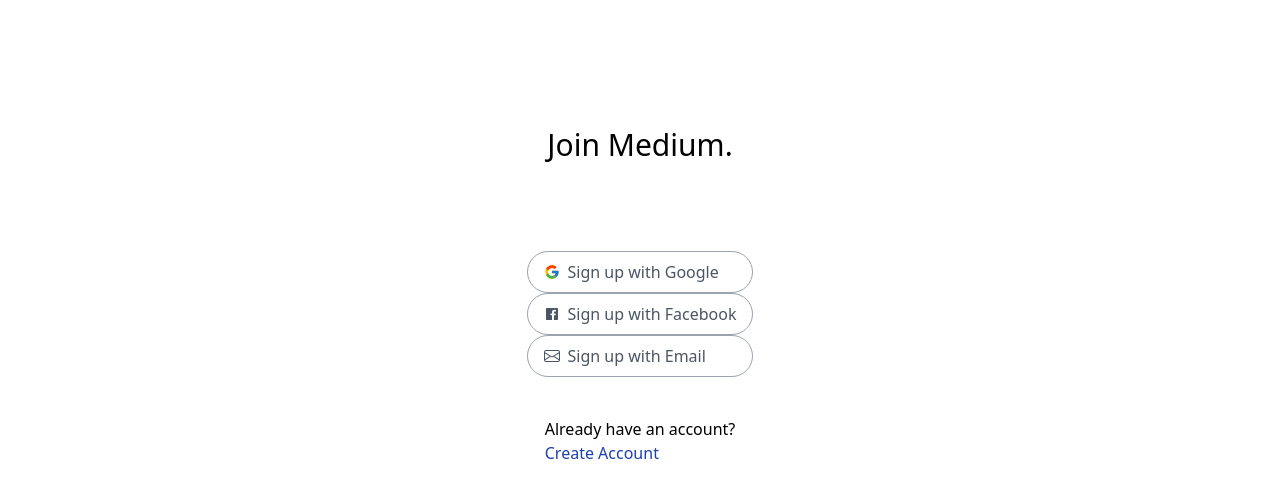
Repository: hisreal123/yt-build
Page: /m/CreateAccount
The author's editor kept a copy of each file at every save. The page is drawn from the files as they stood at one save, then again after the next save.
The browser window is 1280 px wide. The pictures show the whole page.
The project was rebuilt for these pictures with package versions that can differ from the ones it lists, and the page was loaded fresh each time. The framework's server and built-in components were replaced by stand-ins that run in the browser. Also part of the build but not shown: next.config.js.

Above is the page before, as saved 2022-11-12 14:16:21.

After the next save:
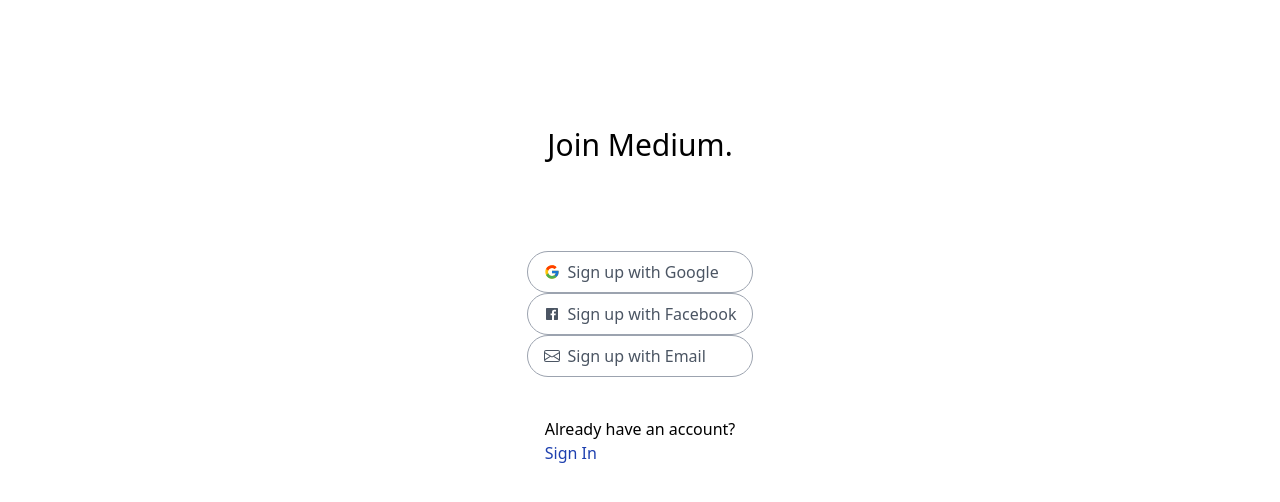
Saved 4 s later.
--- a/pages/m/CreateAccount.tsx
+++ b/pages/m/CreateAccount.tsx
@@ -39,7 +39,7 @@
           onClick={changeState}
           className="text-blue-800 hover:text-blue-900 "
         >
-          Create Account
+          Sign In
         </button>
       </div>
     </div>
